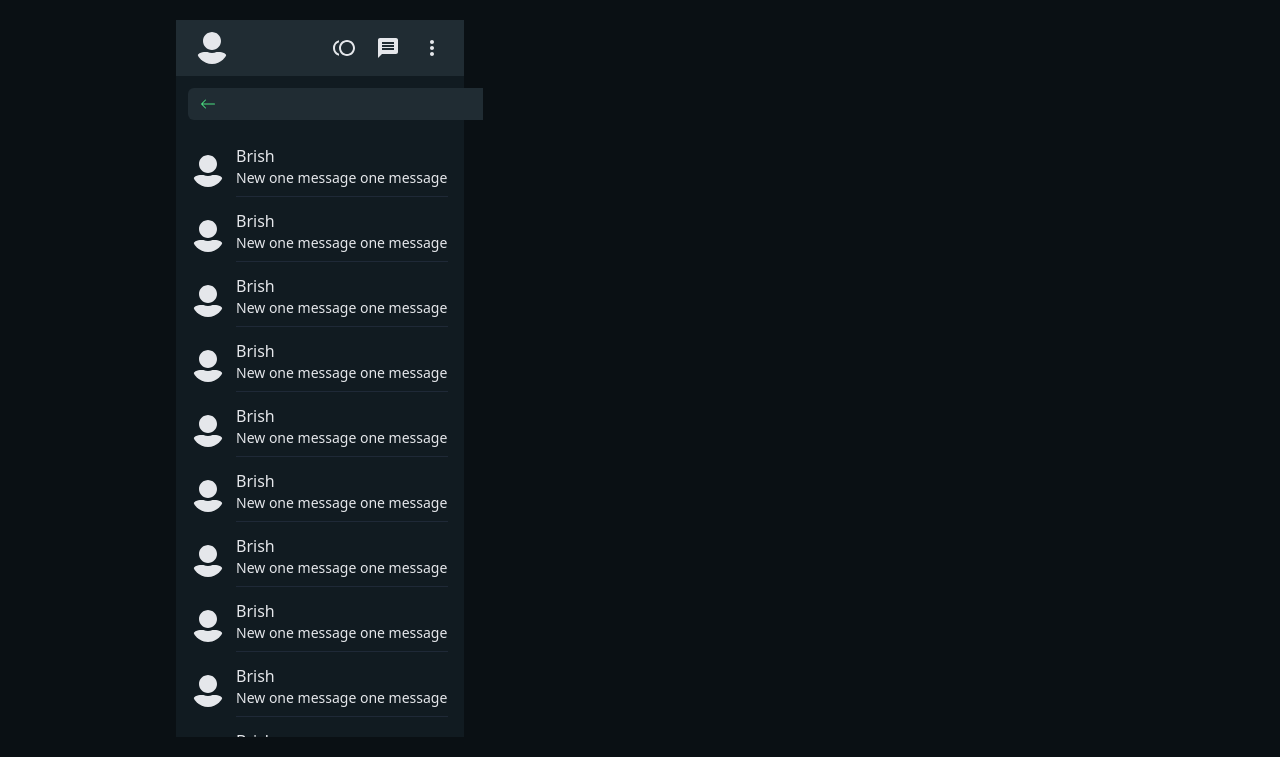
Repository: satya-ranjon/whatsapp-clone-dev
Page: /
An editor plug-in stored every save of this project. The page is shown before and after the next save, followed by the edit.
The browser window is 1280 px wide. The pictures show the whole page.
The project was rebuilt for these pictures with package versions that can differ from the ones it lists, and the page was loaded fresh each time.

Above is the page before, as saved 2022-04-09 07:27:55.

### src/index.js
import * as ReactDOMClient from "react-dom/client";
import { BrowserRouter } from "react-router-dom";
import App from "./App";
import "./index.css";

const root = ReactDOMClient.createRoot(document.getElementById("root"));
root.render(
  <BrowserRouter>
    <App />
  </BrowserRouter>
);

### src/App.js
import SideBar from "./Components/SideBar";

function App() {
  return (
    <div className="lg:p-5 lg:px-44 bg-[#0a1014]">
      <SideBar />
    </div>
  );
}

export default App;

### src/index.css
@tailwind base;
@tailwind components;
@tailwind utilities;

.hoverEf {
  overflow: hidden;
  right: -100%;
  transition: all 0.4s;
}

.hoverbtn:hover .hoverEf {
  right: -0%;
}

### src/Components/SideBar.jsx
import React from "react";
import { MdToll, MdMoreVert, MdMessage } from "react-icons/md";
import { FaUserAlt } from "react-icons/fa";
import SideBarUseList from "./SideBarUseList";

export default function SideBar() {
  return (
    <div className="w-72">
      <div className="flex justify-between font-semibold text-2xl px-5 py-3 bg-[#202c33] text-gray-200">
        <div>
          <FaUserAlt className="rounded-full w-8 h-8" />
          {/* <img
            className="rounded-full w-8 h-8 "
            src="https://images.pexels.com/photos/220453/pexels-photo-220453.jpeg?cs=srgb&dl=pexels-pixabay-220453.jpg&fm=jpg"
            alt=""
          /> */}
        </div>
        <div className="flex justify-between space-x-5 cursor-pointer my-auto">
          <MdToll />
          <MdMessage />
          <MdMoreVert />
        </div>
      </div>
      <SideBarUseList />
    </div>
  );
}

### src/Components/SideBarUseList.jsx
import React, { useState } from "react";
import { FaUserAlt } from "react-icons/fa";
import { BsChevronDown, BsArrowLeft } from "react-icons/bs";
import { AiOutlineSearch } from "react-icons/ai";

const array = [
  1, 1, 1, 1, 1, 1, 1, 1, 1, 1, 1, 1, 1, 1, 1, 1, 1, 1, 1, 1, 1, 1, 1, 1, 1, 1,
  1, 1, 1, 1, 1, 1, 1, 1, 1, 1, 1, 1, 1, 1, 1, 1, 1, 1, 1, 1, 1, 1, 1, 1, 1, 1,
  1, 1, 1, 1, 1, 1, 1, 1, 1, 1, 1, 1, 1, 1, 1, 1, 1,
];

export default function SideBarUseList() {
  const [toogle, setToogle] = useState(true);

  return (
    <>
      <div className="bg-[#111b21] flex justify-center p-3">
        <div
          className="pl-14 rounded-md w-full bg-[#202c33] relative"
          onClick={() => setToogle(true)}
          onMouseOut={() => setToogle(false)}
        >
          <input
            type="text"
            id="search"
            className="bg-[#202c33]  p-1 outline-none text-gray-300  "
          />
          <label
            htmlFor="search"
            className="absolute left-3 bottom-2 text-gray-300 my-auto"
          >
            {(toogle && (
              <BsArrowLeft className="text-green-400 font-semibold" />
            )) || <AiOutlineSearch />}
          </label>
        </div>
      </div>
      <div className="bg-[#111b21] overflow-y-scroll scroll-my-1 h-[88vh] lg:h-[84vh] scrollbar scrollbar-thumb-gray-400 scrollbar-thin text-gray-200 duration-500 transition-all">
        {array.map((i, index) => (
          <div
            key={index}
            className="px-4 py-3 pb-0 flex justify-start hover:bg-[#2a394294] cursor-pointer duration-500 transition-all relative hoverbtn overflow-hidden"
          >
            <div className="my-auto">
              <FaUserAlt className="w-8 h-8 rounded-full" />
            </div>
            <div className="flex flex-col my-auto w-full ml-3 border-b-[1px] border-b-gray-800 pb-2">
              <p>Brish</p>
              <p className="text-sm">New one message one message</p>
            </div>

            <div className=" absolute px-5 bg-[#2a3942a8] bottom-2 text-xl hoverEf">
              <BsChevronDown />
            </div>
          </div>
        ))}
      </div>
    </>
  );
}

### tailwind.config.js
module.exports = {
  content: ["./src/**/*.{js,jsx,ts,tsx}"],
  theme: {
    extend: {},
  },
  plugins: [require("tailwind-scrollbar")],
};

Loaded but not shown: public/index.html (common file)

After the next save:
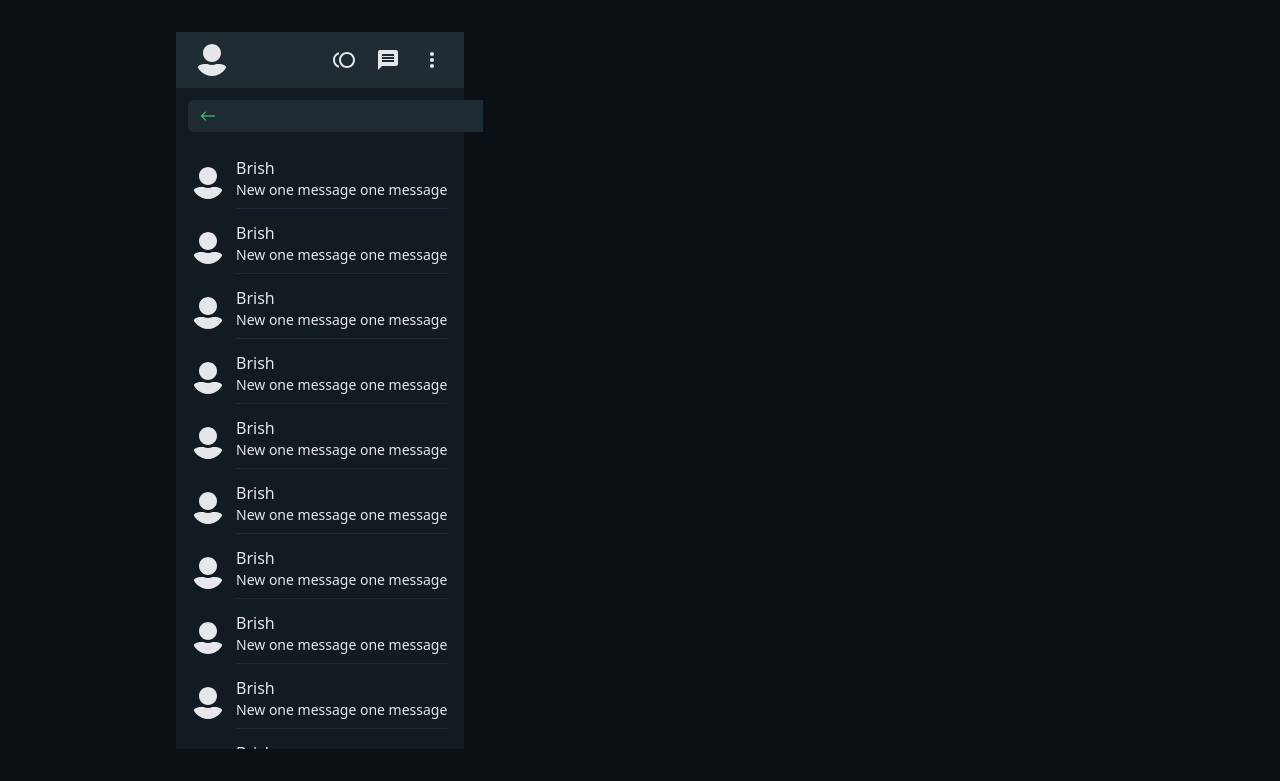
Saved 5 s later.
--- a/src/App.js
+++ b/src/App.js
@@ -2,7 +2,7 @@
 
 function App() {
   return (
-    <div className="lg:p-5 lg:px-44 bg-[#0a1014]">
+    <div className="lg:p-8 lg:px-44 bg-[#0a1014]">
       <SideBar />
     </div>
   );

After the save that followed:
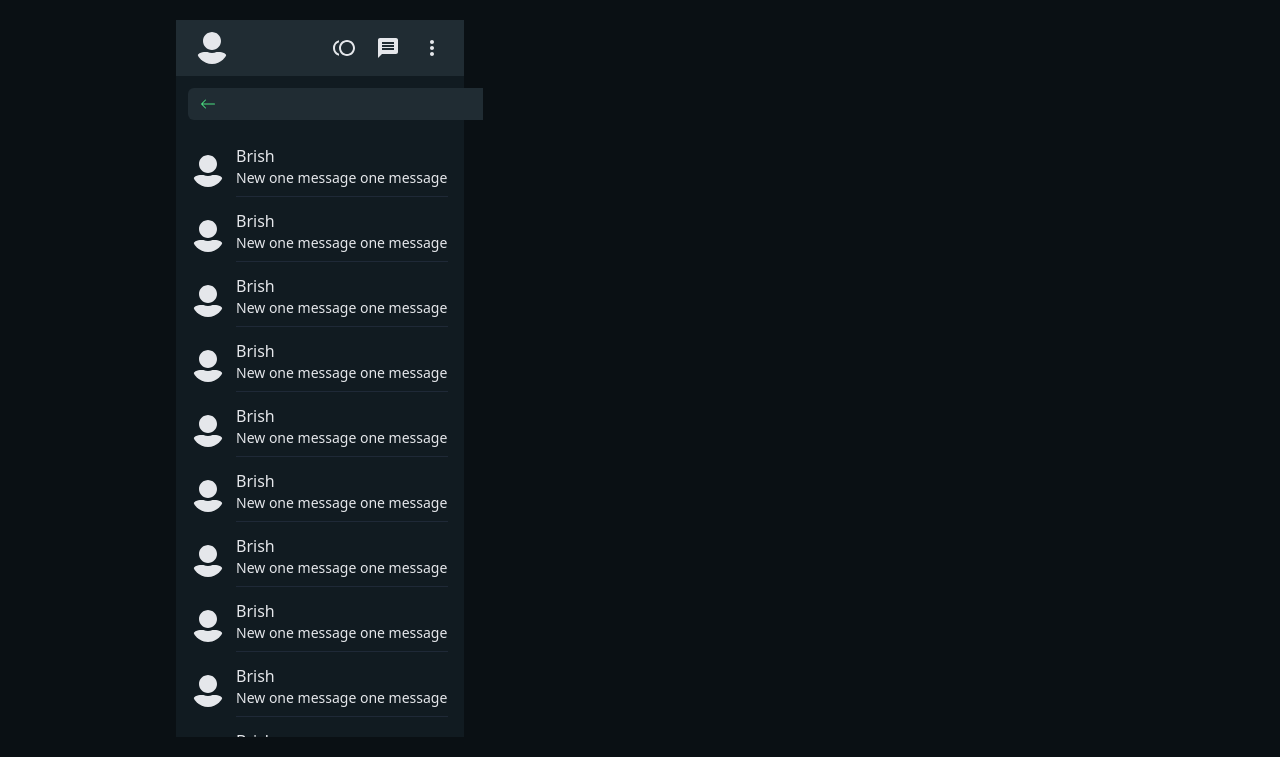
Saved 9 s later.
--- a/src/App.js
+++ b/src/App.js
@@ -2,7 +2,7 @@
 
 function App() {
   return (
-    <div className="lg:p-8 lg:px-44 bg-[#0a1014]">
+    <div className="lg:p-5 lg:px-44 bg-[#0a1014]">
       <SideBar />
     </div>
   );
